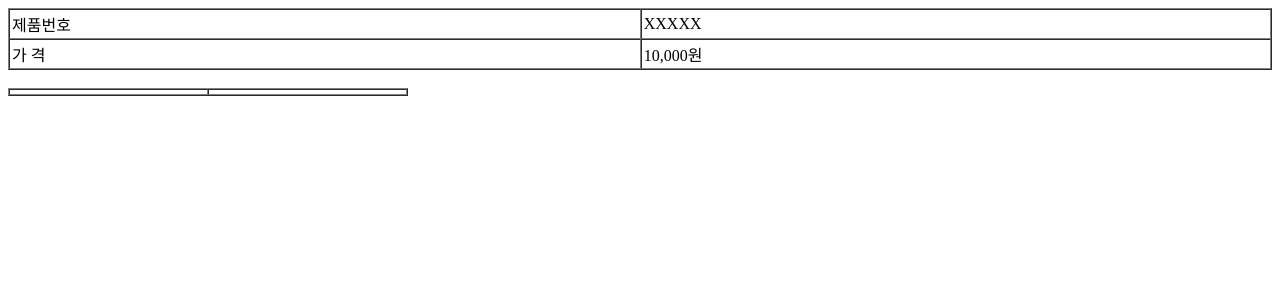
Repository: noopzzya/study_jsp_globalin
Page: http://localhost/ServletProject/temp/template/info_view.jsp
These files come from the project's save history. The page is drawn as it stood at one moment and after the next save; the edit follows.
The browser window is 1280 px wide. The pictures show the whole page.
The page is served by Tomcat 9. Other server files are loaded and not shown.

Above is the page before, as saved 2023-02-01 05:41:32.

### ServletProject/src/main/webapp/temp/template/info_view.jsp
<%@ page language="java" contentType="text/html; charset=UTF-8"
    pageEncoding="UTF-8"%>

<table width="100%" border="1" cellpadding="2" cellspacing="0">

	<tr>
		<td>제품번호</td><td>XXXXX</td>
	</tr>

	<tr>
		<td>가   격</td><td>10,000원</td>
	</tr>

</table>

<jsp:include page="infoSub.jsp" flush="false">
	<jsp:param value="A" name="type"/>
</jsp:include>

### ServletProject/src/main/webapp/temp/template/infoSub.jsp
<%@ page language="java" contentType="text/html; charset=UTF-8"
    pageEncoding="UTF-8"%>
<%
	String type = request.getParameter("type");
	if(type != null){
%>
		<br>
		<table width="400" border="1" cellpadding="2" cellspacing="0">

			<tr>
				<td></td><td></td>
			</tr>

		</table>
<%
	}
%>

After the next save:
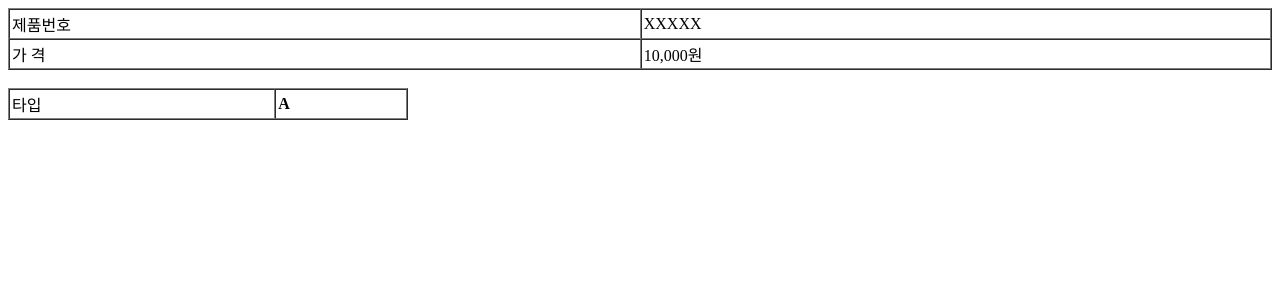
Saved 50 s later.
--- a/ServletProject/src/main/webapp/temp/template/infoSub.jsp
+++ b/ServletProject/src/main/webapp/temp/template/infoSub.jsp
@@ -8,7 +8,7 @@
 		<table width="400" border="1" cellpadding="2" cellspacing="0">
 
 			<tr>
-				<td></td><td></td>
+				<td>타입</td> <td><b><%=type %></b></td>
 			</tr>
 
 		</table>
